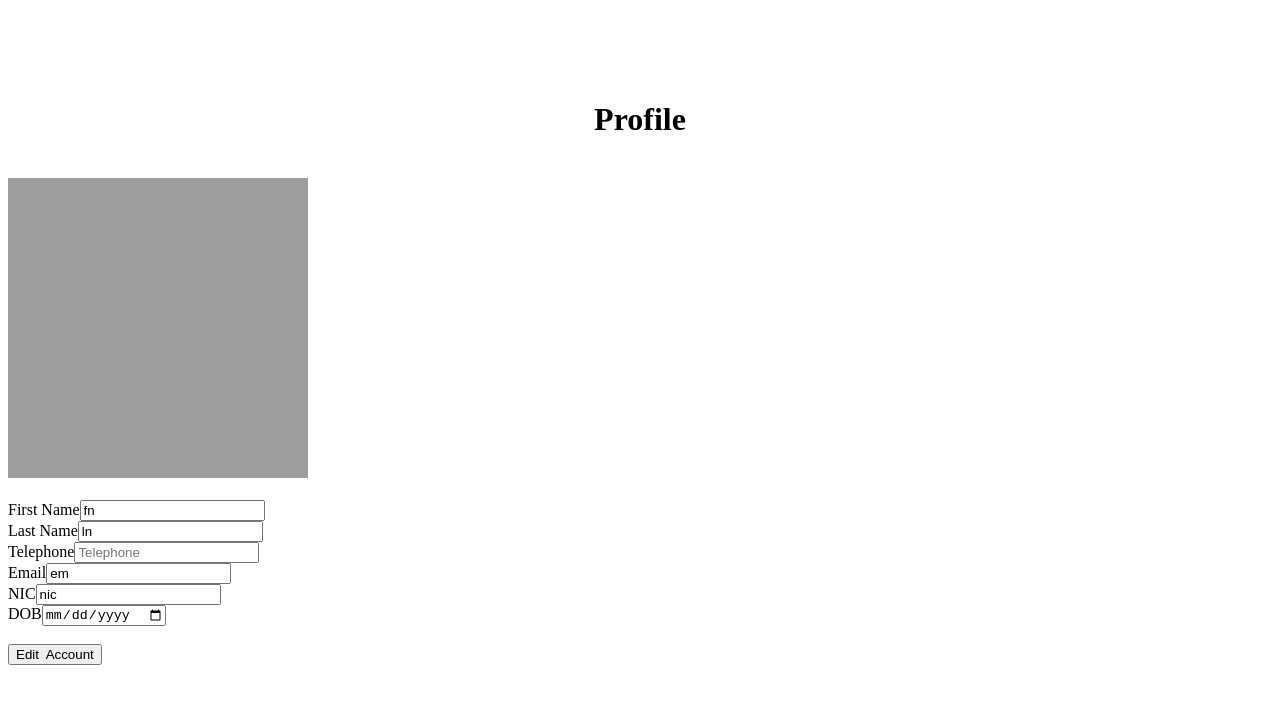
Repository: IT21221064/JobPortal
Page: http://localhost/signup/profile.jsp
The author's editor kept a copy of each file at every save. The page is drawn from the files as they stood at one save, then again after the next save.
The browser window is 1280 px wide. The pictures show the whole page.
Pictures or frames that could not be fetched are drawn as grey boxes. The page is served by Tomcat 9.

Above is the page before, as saved 2023-07-14 17:16:38.

After the next save:
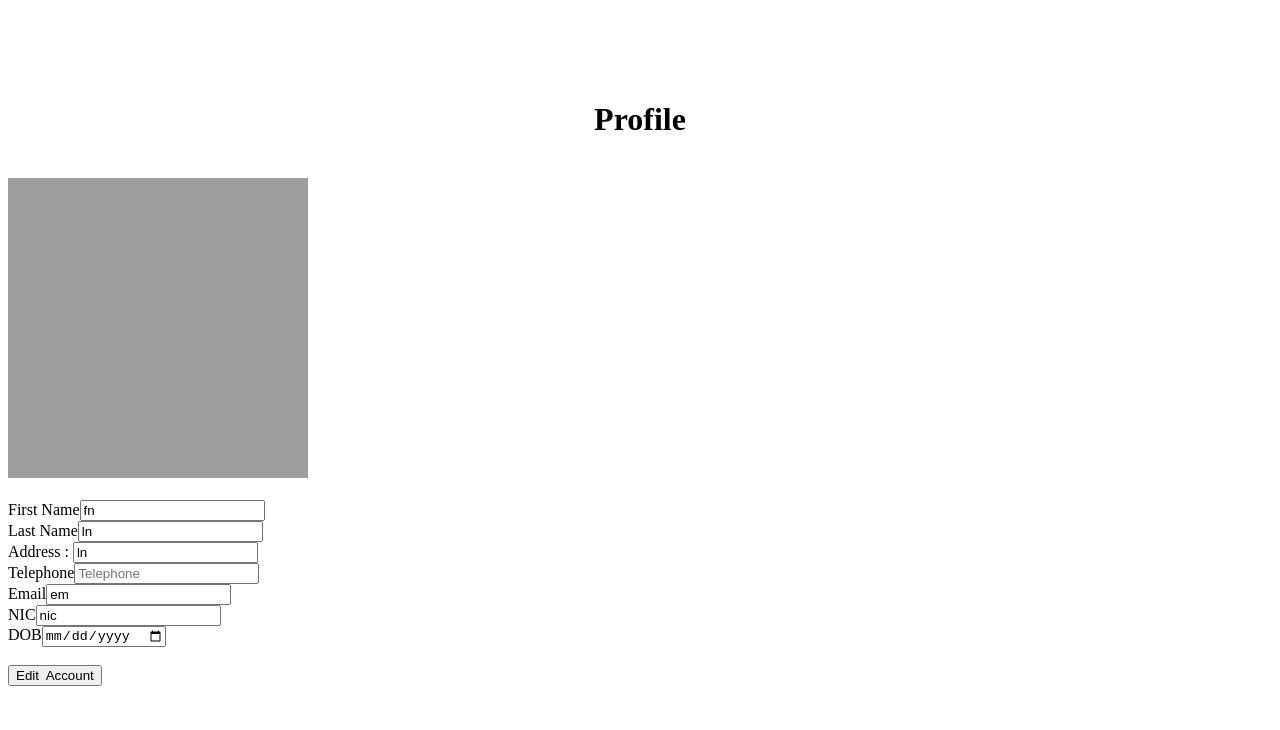
Saved 5 min 19 s later.
--- a/jobPortal/signup/src/main/webapp/profile.jsp
+++ b/jobPortal/signup/src/main/webapp/profile.jsp
@@ -43,6 +43,10 @@
               <div class="col-md-6">
                 <label>Last Name</label
                 ><input name="lname"  value="ln" class="form-control" placeholder="Last Name" />
+              </div>
+              <div class="col-md-6">
+                <label>Address : </label
+                ><input name="address"  value="ln" class="form-control" placeholder="Address" />
               </div>
             </div>
             <div class="row">
